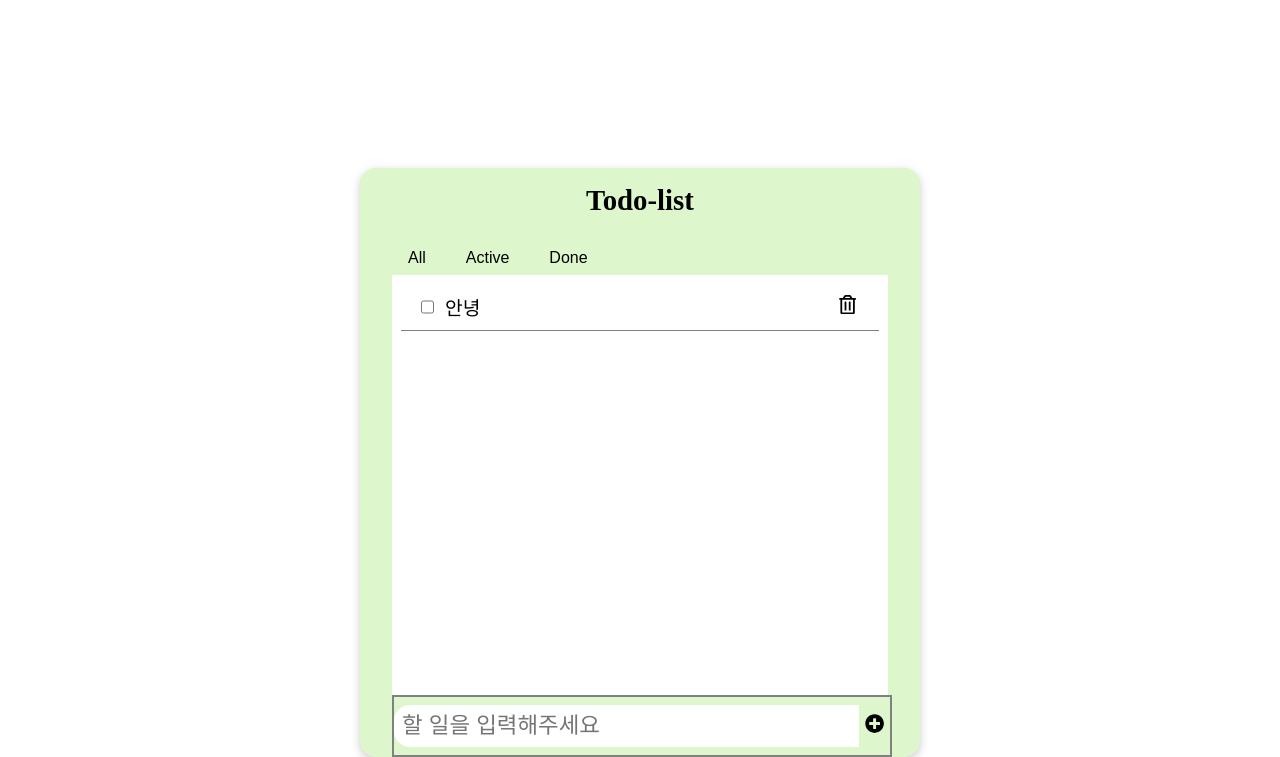
Repository: Yugayoung/todoList
Page: /
These files come from the project's save history. The page is drawn as it stood at one moment and after the next save; the edit follows.
The browser window is 1280 px wide. The pictures show the whole page.
Some web fonts or font styles are not loaded; a fallback is used. The project was rebuilt for these pictures with package versions that can differ from the ones it lists, and the page was loaded fresh each time. Also part of the build but not shown: src/App.css.

Above is the page before, as saved 2024-03-21 17:51:17.

### src/index.css
@font-face {
  font-family: 'IM_Hyemin-Bold';
  src: url('./fonts/IM_Hyemin-Regular.otf') format('opentype');
  font-weight: normal;
  font-style: normal;
}

body {
  margin: 0;
  font-family: 'IM_Hyemin-Bold';
  -webkit-font-smoothing: antialiased;
  -moz-osx-font-smoothing: grayscale;
  width: 100vw;
  height: 100vh;
  display: flex;
  justify-content: center;
  align-items: center;
  font-size: 1.2rem;
}

code {
  font-family: source-code-pro, Menlo, Monaco, Consolas, 'Courier New',
    monospace;
}
#root {
  width: 100%;
  height: 60%;
  max-width: 35rem;
}

### src/App.js
import './App.css';
import Todo from './pages/Todo';

function App() {
  return (
    <>
      <Todo />
    </>
  );
}

export default App;

### src/pages/todo.jsx
import React from 'react';
import styled from 'styled-components';
import { FaPlusCircle } from 'react-icons/fa';
import { FaRegTrashAlt } from 'react-icons/fa';

const Title = styled.h2`
  text-align: center;
  font-weight: bold;
  padding: 1rem 0rem 0rem 0rem;
`;

const TodoList = styled.section`
  background-color: #def6cc;
  border-radius: 1rem;
  box-shadow: 0 3px 10px rgb(0, 0, 0, 0.2);
  padding: 0rem 2rem;
`;

const TapBtn = styled.button`
  background-color: transparent;
  border: none;
  margin-right: 0.5rem;
  padding: 0.5rem 1rem;
  font-size: 1rem;
  &:hover {
    color: #fd6cfd;
  }
  &:active {
    background-color: white;
    border-radius: 1rem 1rem 0rem 0rem;
    font-weight: bold;
  }
`;

const TodoLi = styled.li`
  list-style: none;
  padding: 0rem 1rem 0.6rem 1rem;
  display: flex;
  justify-content: space-between;
  margin: 0.5rem;
  border-bottom: 1px solid gray;
`;
const Btn = styled.button`
  background-color: transparent;
  border: none;
  font-size: 1.2rem;
  padding-top: 2px;
  &:hover {
    color: red;
  }
`;
const Label = styled.label`
  flex: 1 1;
  margin: 0rem 0.5rem;
`;
const TodoUl = styled.ul`
  background-color: white;
  margin: 0rem;
  height: 400px;
  padding: 10px 1px;
  flex: 1 1 auto;
  overflow-y: auto;
`;
const InputForm = styled.form`
  background-color: transparent;
  border: 2px solid gray;
  padding: 0.5rem 0rem;
  width: 100%;
  display: flex;
`;
const Input = styled.input`
  flex: 1 0 auto;
  font-size: 1.4rem;
  border: none;
  border-radius: 1rem 0rem 0rem 1rem;
  padding: 0.5rem;
`;

export default function Todo() {
  return (
    <>
      <TodoList>
        {/* 할일 state */}
        <Title>Todo-list</Title>
        <div>
          <TapBtn>All</TapBtn>
          <TapBtn>Active</TapBtn>
          <TapBtn>Done</TapBtn>
        </div>

        {/* addTodoList */}
        <TodoUl>
          <TodoLi>
            <input type='checkbox' />
            <Label htmlFor=''>안녕</Label>
            <Btn>
              <FaRegTrashAlt />
            </Btn>
          </TodoLi>
        </TodoUl>

        {/* 할일 입력 */}
        <InputForm>
          <Input type='text' placeholder='할 일을 입력해주세요' />
          <Btn>
            <FaPlusCircle />
          </Btn>
        </InputForm>
      </TodoList>
    </>
  );
}

Loaded but not shown: public/index.html (common file); src/index.js (common file); src/reportWebVitals.js (common file)

After the next save:
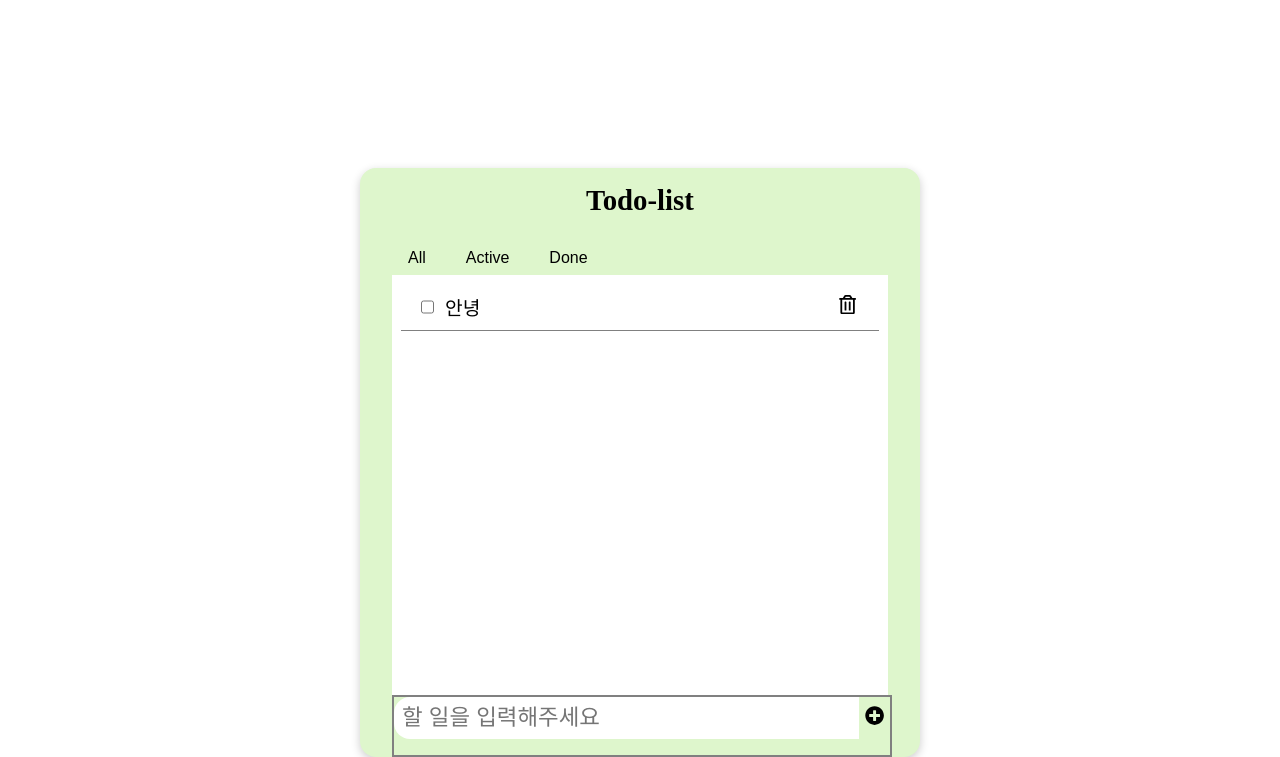
Saved 55 s later.
--- a/src/pages/todo.jsx
+++ b/src/pages/todo.jsx
@@ -64,7 +64,7 @@ const TodoUl = styled.ul`
 const InputForm = styled.form`
   background-color: transparent;
   border: 2px solid gray;
-  padding: 0.5rem 0rem;
+  padding-bottom: 1rem;
   width: 100%;
   display: flex;
 `;
